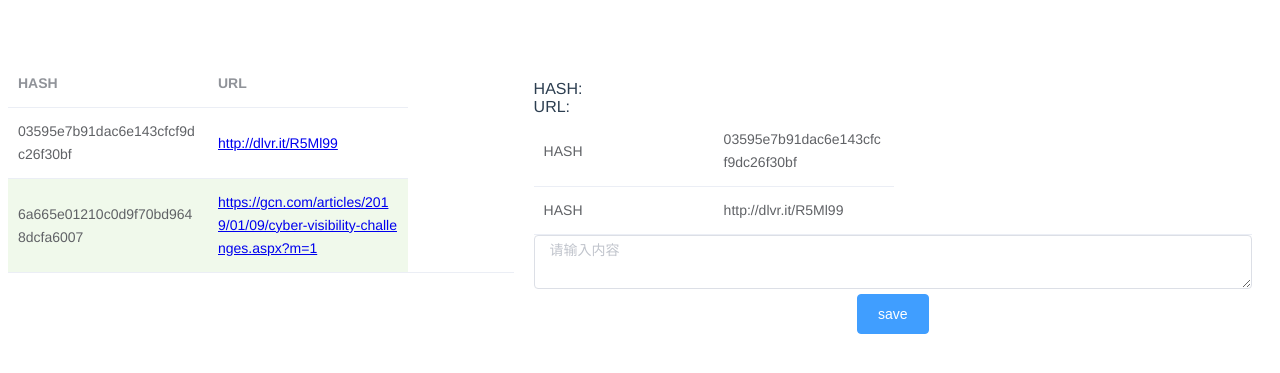
Repository: NicoleGX/TI
Page: /
These files come from the project's save history. The page is drawn as it stood at one moment and after the next save; the edit follows.
The browser window is 1280 px wide. The pictures show the whole page.
The project was rebuilt for these pictures with package versions that can differ from the ones it lists, and the page was loaded fresh each time.

Above is the page before, as saved 2019-05-28 20:08:40.

After the next save:
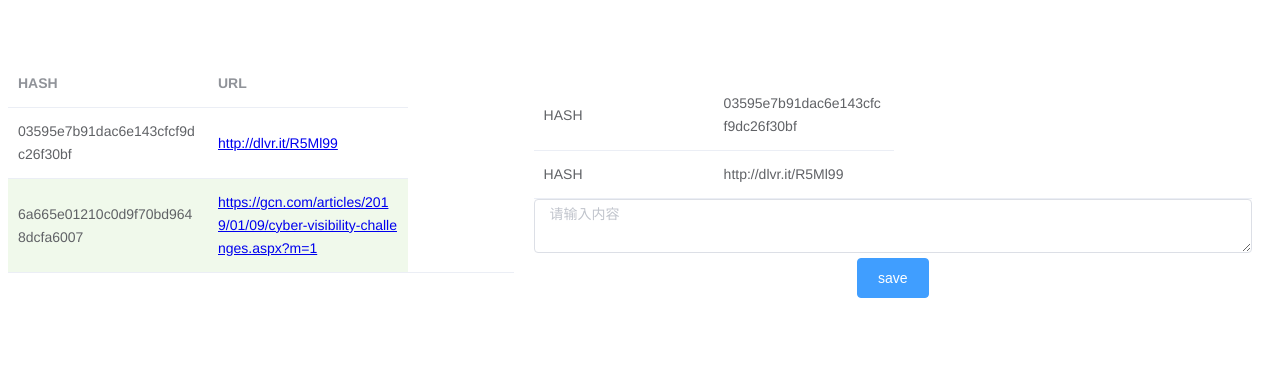
Saved 19 s later.
--- a/src/views/TextClassification.vue
+++ b/src/views/TextClassification.vue
@@ -23,12 +23,6 @@
       </el-table>
     </el-aside>
     <el-main style="width: 60%">
-      <div style="text-align: left;">
-        <span style="font-size: 16px;color-dark-light">HASH: </span>
-      </div>
-      <div style="text-align: left;">
-        <span style="font-size: 16px;font-weight: 400;">URL: </span>
-      </div>
       <el-table
         :data="formData"
         :show-header="false"
